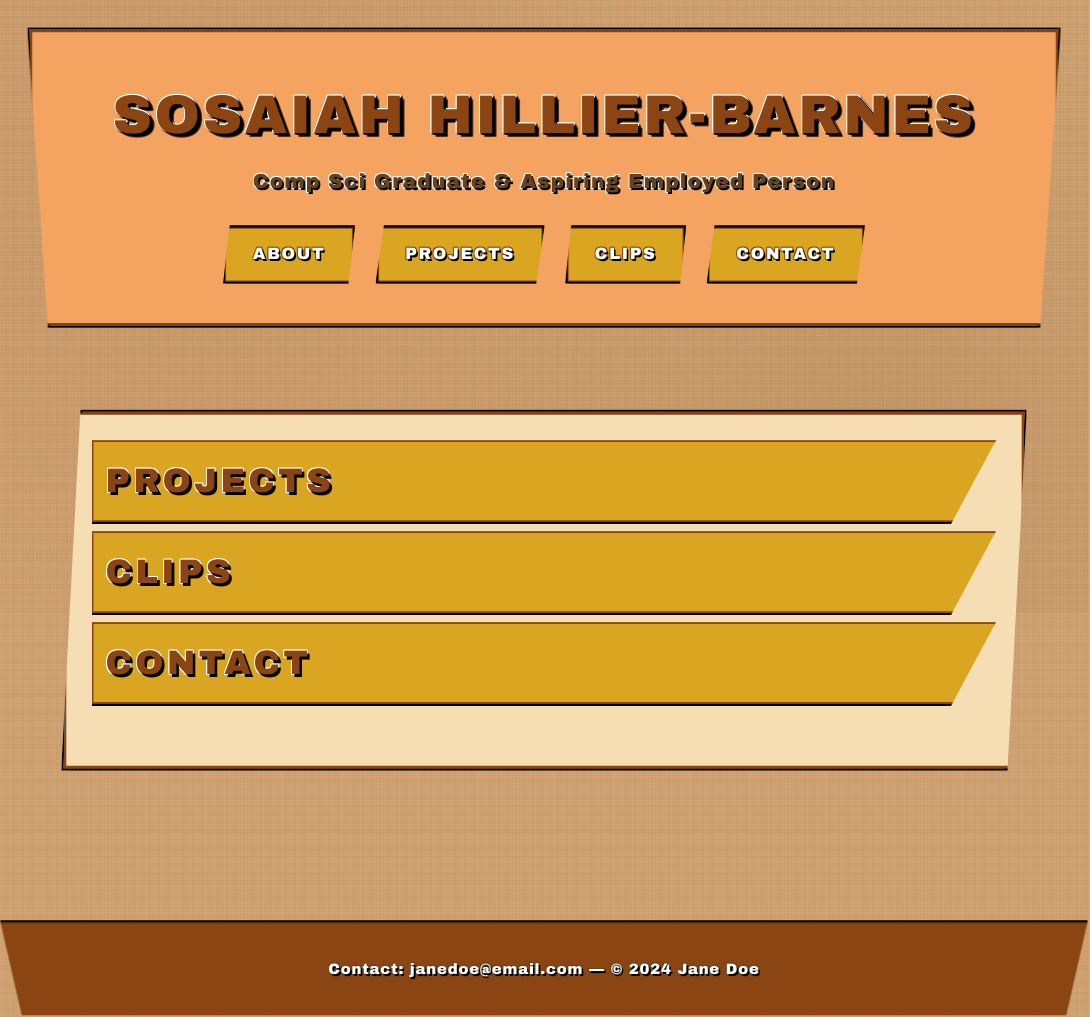
Repository: Hillier-Barnes/PortfolioWebsiteNew
Page: /
The author's editor kept a copy of each file at every save. The page is drawn from the files as they stood at one save, then again after a run of saves.
The browser window is 1280 px wide. The page is 1282 px wide, so the pictures cover 1282 px, including what lies to the right of the window. The pictures show the whole page, at 85% of full size.
The project was rebuilt for these pictures with package versions that can differ from the ones it lists, and the page was loaded fresh each time. Also part of the build but not shown: vite.config.js.

Above is the page before, as saved 2025-11-12 14:17:45.

After the next 2 saves:
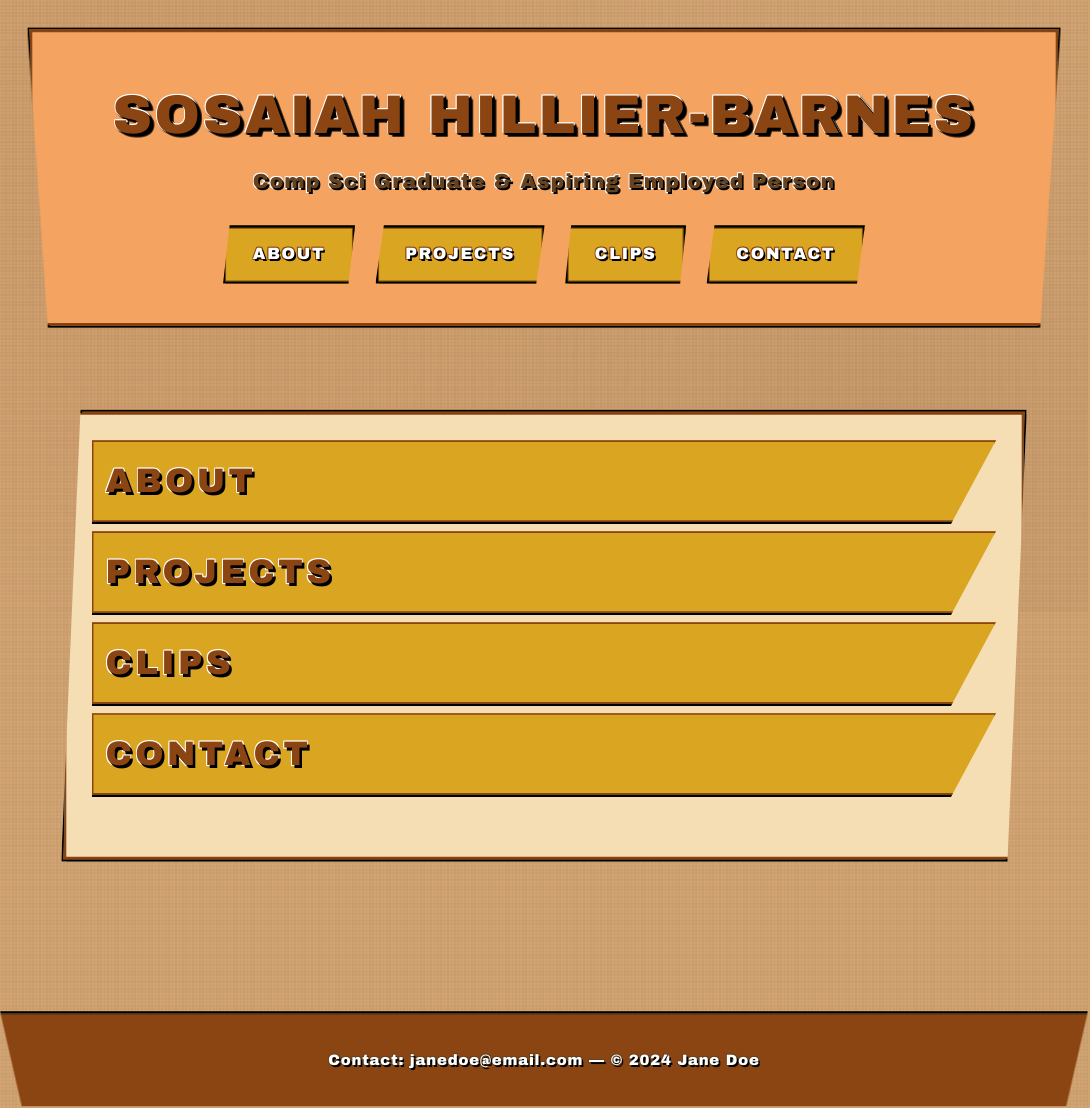
The 2 saves are shown as one change because they came seconds apart.
The last was saved 5 s later.
--- a/index.html
+++ b/index.html
@@ -20,6 +20,7 @@
 
   <main class="container">
     <section class="projects" id="projects">
+      <h2>About</h2>
       <h2>Projects</h2>
       <h2>Clips</h2>
       <h2>Contact</h2>
